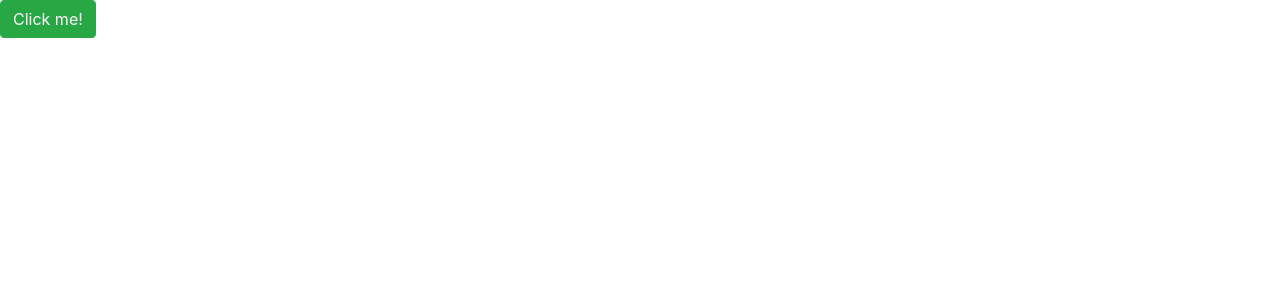
Repository: gabrielfeliphe/AssistenciaTecnica
Page: PI-AssistenciaTecnica/WebContent/index.html
An editor plug-in stored every save of this project. The page is shown before and after the next save, followed by the edit.
The browser window is 1280 px wide. The pictures show the whole page.

Above is the page before, as saved 2021-10-03 00:22:52.
Console error: TypeError: Cannot read properties of undefined (reading 'fn')

After the next save:
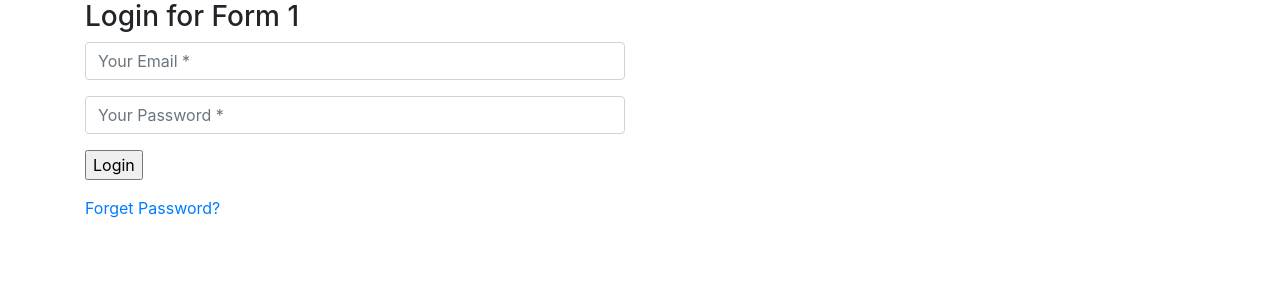
Saved 9 min 39 s later.
--- a/PI-AssistenciaTecnica/WebContent/index.html
+++ b/PI-AssistenciaTecnica/WebContent/index.html
@@ -18,7 +18,27 @@
 
   <body>
 
-	<button class="btn btn-success">Click me!</button>
+	<div class="container login-container">
+            <div class="row">
+                <div class="col-md-6 login-form-1">
+                    <h3>Login for Form 1</h3>
+                    <form>
+                        <div class="form-group">
+                            <input type="text" class="form-control" placeholder="Your Email *" value="" />
+                        </div>
+                        <div class="form-group">
+                            <input type="password" class="form-control" placeholder="Your Password *" value="" />
+                        </div>
+                        <div class="form-group">
+                            <input type="submit" class="btnSubmit" value="Login" />
+                        </div>
+                        <div class="form-group">
+                            <a href="#" class="ForgetPwd">Forget Password?</a>
+                        </div>
+                    </form>
+                </div>
+               </div>
+        </div>
 
 
 
